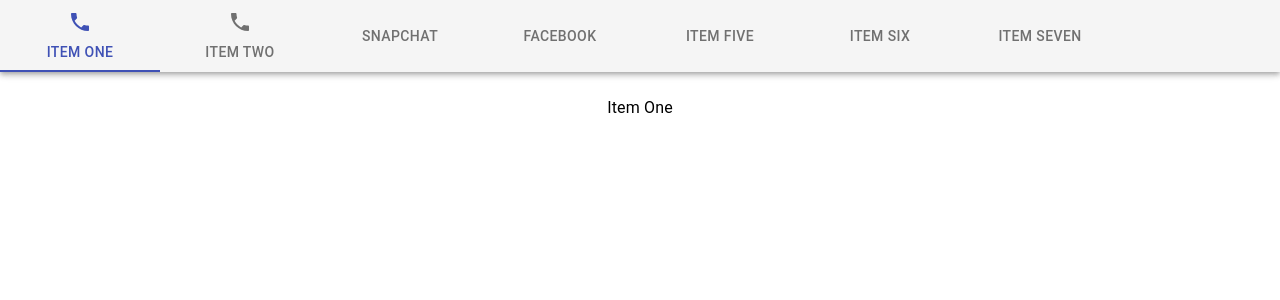
Repository: hossamsulleman1/CONTACTME
Page: / (app in my-app/)
An editor plug-in stored every save of this project. The page is shown before and after the next save, followed by the edit.
The browser window is 1280 px wide. The pictures show the whole page.
The project was rebuilt for these pictures with package versions that can differ from the ones it lists, and the page was loaded fresh each time.

Above is the page before, as saved 2020-11-07 14:06:05.

After the next save:
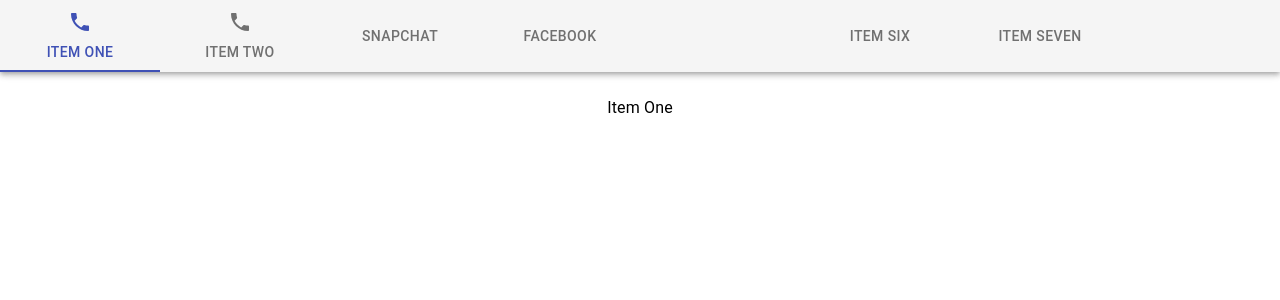
Saved 5 s later.
--- a/my-app/src/Components/IconNav.jsx
+++ b/my-app/src/Components/IconNav.jsx
@@ -73,7 +73,7 @@ export default function IconNav() {
           <Tab icon={<PhoneIcon />} label="Item Two" {...a11yProps(1)} />
           <Tab label="SNAPCHAT" {...a11yProps(2)} />
           <Tab label="FACEBOOK" {...a11yProps(3)} />
-          <Tab label="Item Five" {...a11yProps(4)} />
+          <Tab label="" {...a11yProps(4)} />
           <Tab label="Item Six" {...a11yProps(5)} />
           <Tab label="Item Seven" {...a11yProps(6)} />
         </Tabs>
